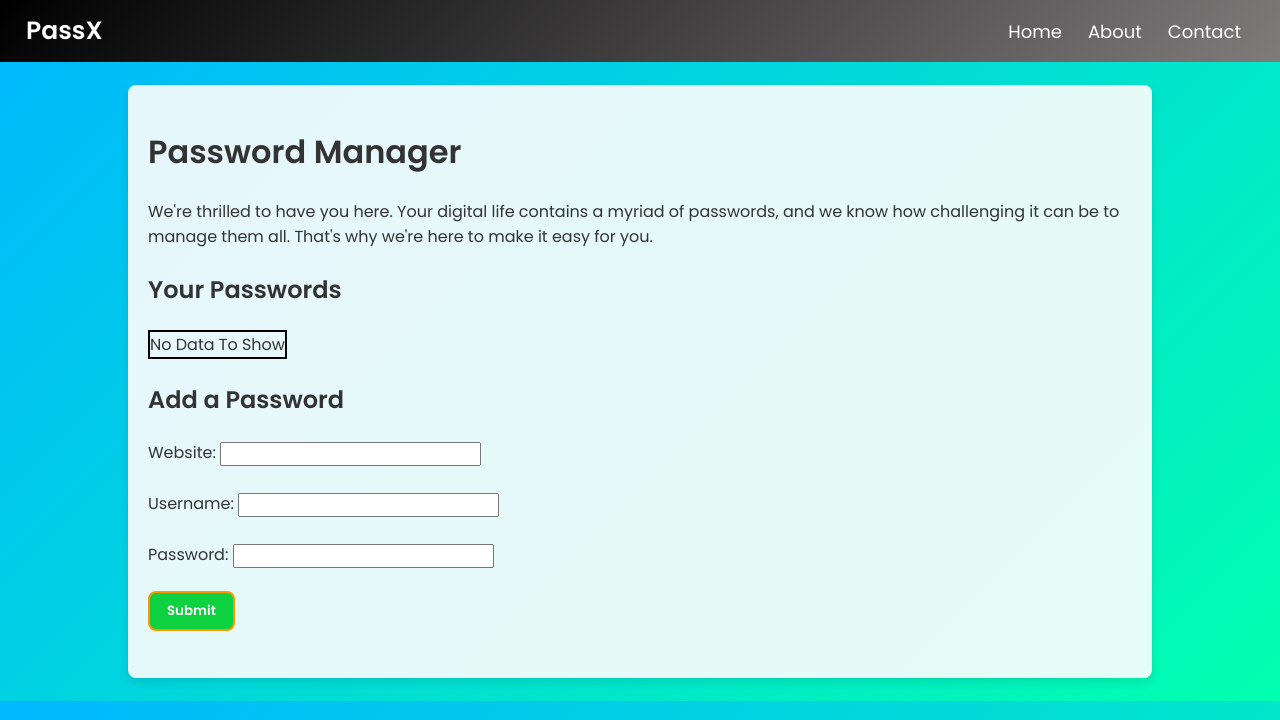
Repository: Abhi2807ar/PASSWORD-MANAGER
Page: index.html
The author's editor kept a copy of each file at every save. The page is drawn from the files as they stood at one save, then again after the next save.
The browser window is 1280 px wide. The pictures show the whole page.
The pointer rests on the first visible `.btn`.

Above is the page before, as saved 2024-10-14 19:13:16.

After the next save:
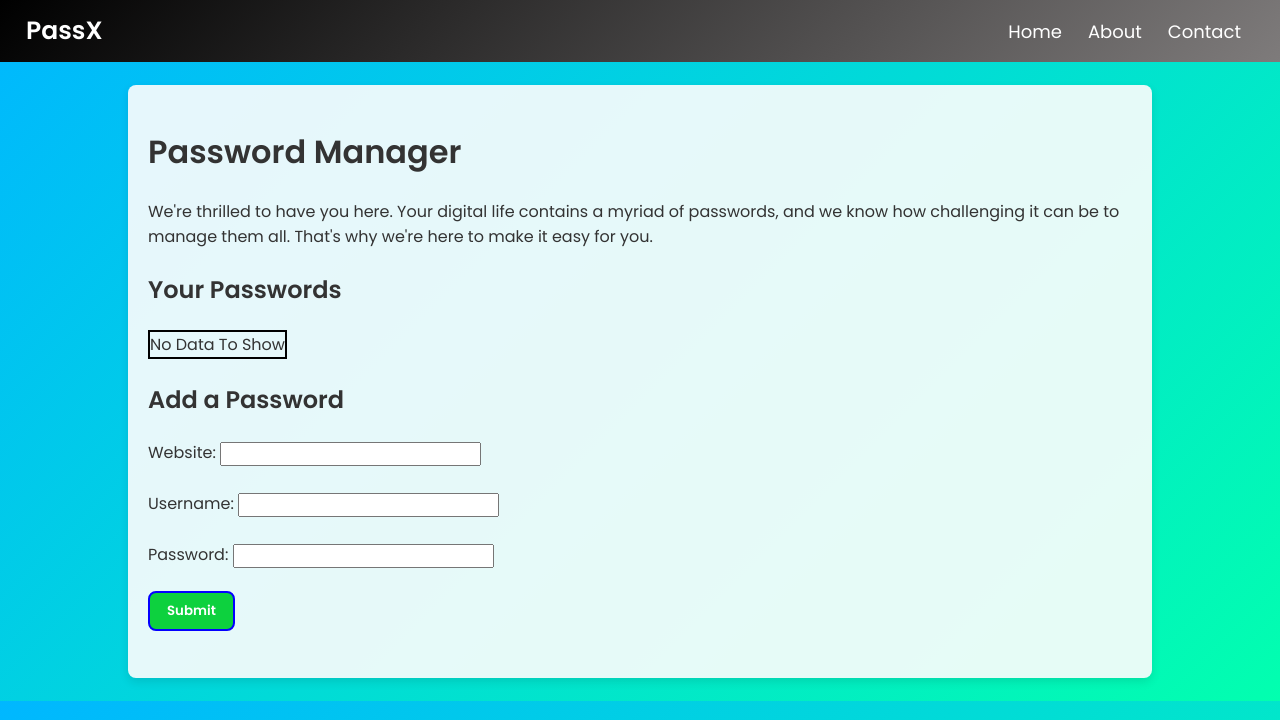
Saved 6 s later.
--- a/style.css
+++ b/style.css
@@ -80,7 +80,7 @@ h1, h2, h3 {
 
 .btn:hover {
     background: #0dd13e; /* Vibrant hover color */
-    border-color: #ff9800;
+    border-color: #0400ff;
     transform: translateY(-2px); /* Lift effect */
 }
 
